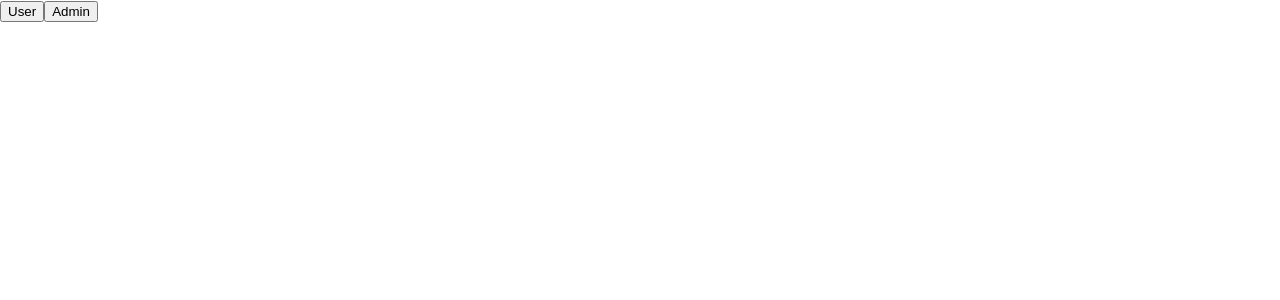
Repository: User826/Recipe
Page: /useradmin (app in recipe_project/)
These files come from the project's save history. The page is drawn as it stood at one moment and after the next save; the edit follows.
The browser window is 1280 px wide. The pictures show the whole page.
The project was rebuilt for these pictures with package versions that can differ from the ones it lists, and the page was loaded fresh each time. The framework's server and built-in components were replaced by stand-ins that run in the browser. Also part of the build but not shown: recipe_project/next.config.js, recipe_project/pages/users.module.css, recipe_project/components/users.js.

Above is the page before, as saved 2022-12-05 19:00:13.

### recipe_project/pages/useradmin.js
import { useState } from "react";
import {UserButton, AdminButton} from "../components/websitebuttons"
import Post from "../components/users"
import styles from '../pages/useradmin.module.css'


export default function Useradmin() {
    const [isLoggedIn, setIsLoggedIn] = useState("");

    function handleLoginClick() {
        //this.setState({isLoggedIn: true});
        setIsLoggedIn("user")
      };

    function handleLogoutClick() {
        //this.setState({isLoggedIn: false});
        setIsLoggedIn("admin")
      }


    const isLoggedInVariable = isLoggedIn;
    let button;

    // if (isLoggedInVariable) {
    //     button = <LogoutButton onClick={handleLogoutClick} />;
    // } else {
    //     button = <LoginButton onClick={handleLoginClick} />;
    // }

    console.log(isLoggedInVariable)

    if (isLoggedInVariable == ""){
        return <div>
        {/* <Post></Post> */}
        <UserButton onClick ={handleLoginClick}/>
        <AdminButton onClick = {handleLogoutClick}/>

    </div>
    }
    else if (isLoggedInVariable == "user"){
        return <div>
                    <p>You are a user!</p>
                    <p>Or are you an admin?<AdminButton className = {styles.admin} onClick = {handleLogoutClick}> </AdminButton></p>
                </div>

                // <UserButton onClick = {handleLoginCLick}> </UserButton>

    }
    else if (isLoggedInVariable == "admin"){
        return  <div>
                    <p>You are an admin!</p>
                    <p>Or are you a user? <UserButton className = {styles.user} onClick = {handleLoginClick}> </UserButton></p>
                </div>

    }

    // return <div>
    //     {/* <Post></Post> */}
    //     <UserButton onClick ={handleLoginClick}/>
    //     <AdminButton onClick = {handleLoginClick}/>

    // </div>
  }

### recipe_project/components/websitebuttons.js
import styles from "../pages/useradmin.module.css"

function UserButton(props) {
    return (
      <button onClick={props.onClick}>
        User
      </button>
    );
  }

  function AdminButton(props) {
    return (
      <button onClick={props.onClick}>
        Admin
      </button>
    );
  }

  export {UserButton, AdminButton}

### recipe_project/pages/useradmin.module.css
.user{
  background-color: #4CAF50;
}

.admin{
  background-color: #f44336;
}

Loaded but not shown: recipe_project/pages/_app.js (common file); recipe_project/styles/globals.css (common file)

After the next save:
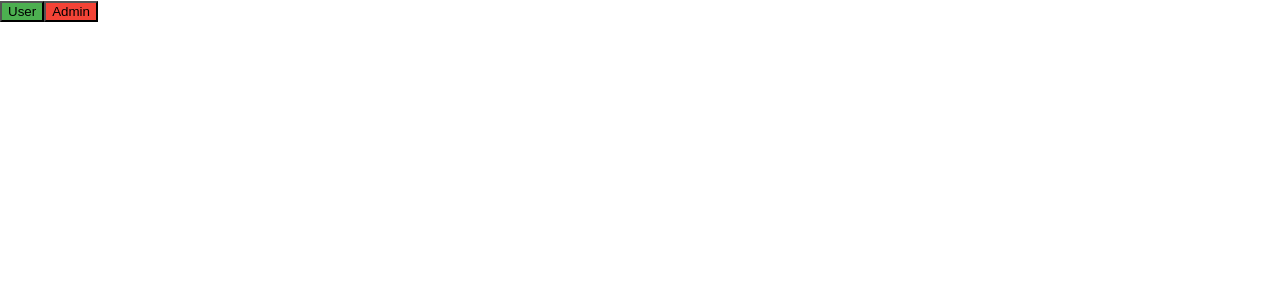
Saved 24 s later.
--- a/recipe_project/components/websitebuttons.js
+++ b/recipe_project/components/websitebuttons.js
@@ -2,7 +2,7 @@ import styles from "../pages/useradmin.module.css"
 
 function UserButton(props) {
     return (
-      <button onClick={props.onClick}>
+      <button className = {styles.user} onClick={props.onClick}>
         User
       </button>
     );
@@ -10,7 +10,7 @@ function UserButton(props) {
 
   function AdminButton(props) {
     return (
-      <button onClick={props.onClick}>
+      <button className = {styles.admin} onClick={props.onClick}>
         Admin
       </button>
     );
